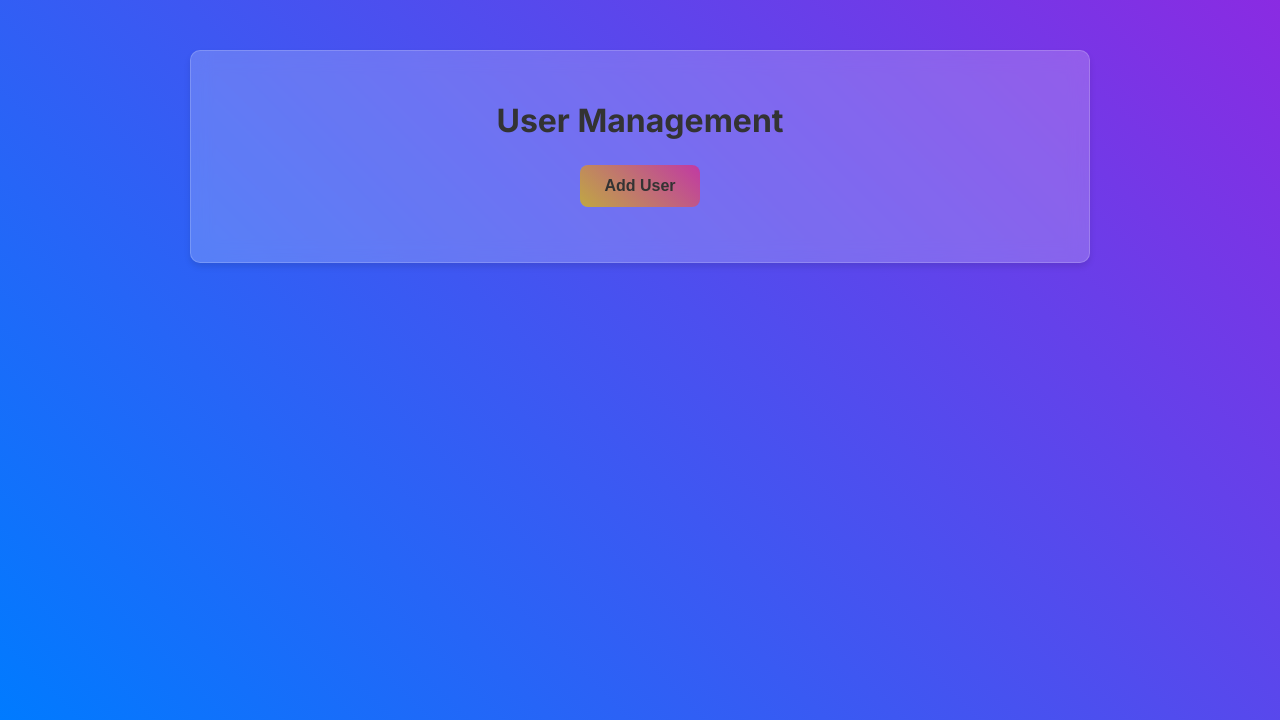
Repository: EeeeeEyyyy/crud-proj
Page: /
An editor plug-in stored every save of this project. The page is shown before and after the next save, followed by the edit.
The browser window is 1280 px wide. The pictures show the whole page.
The page's requests for data from a server got no answer. The project was rebuilt for these pictures with package versions that can differ from the ones it lists, and the page was loaded fresh each time. The framework's server and built-in components were replaced by stand-ins that run in the browser. No one was signed in, and anything a server would have sent is missing. Also part of the build but not shown: next.config.mjs.

Above is the page before, as saved 2024-06-25 08:42:31.

After the next save:
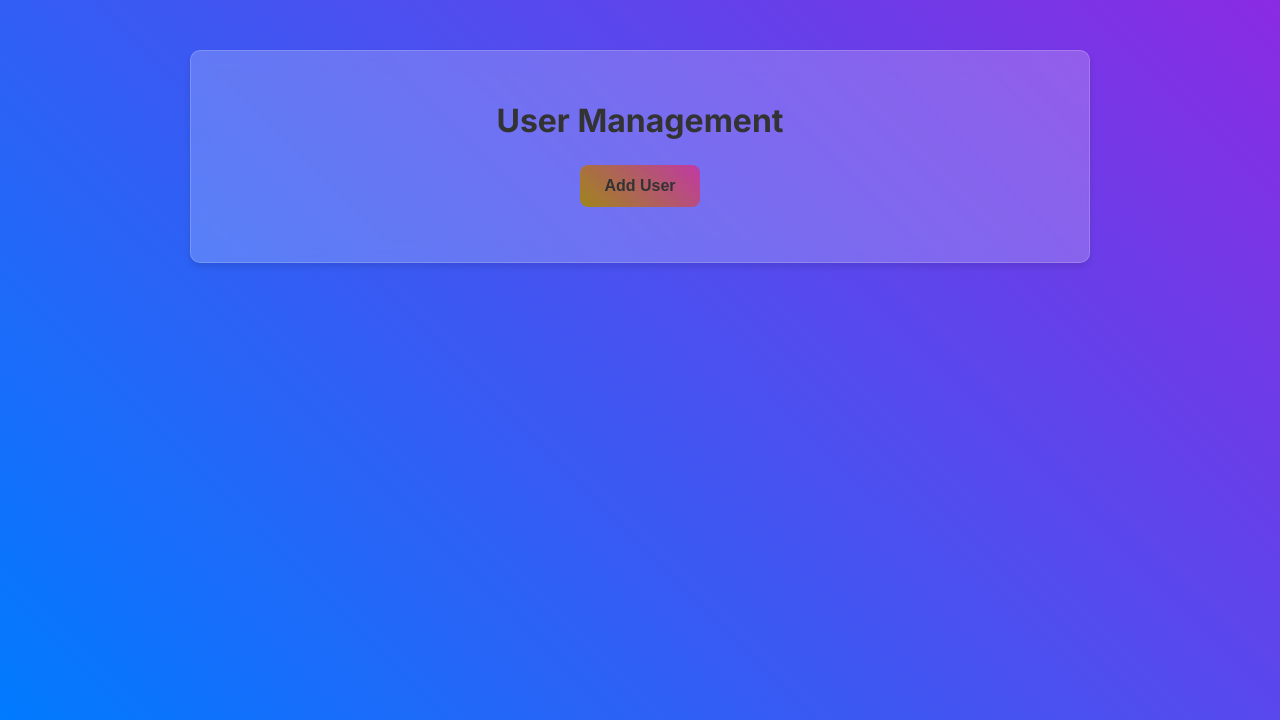
Saved 4 s later.
--- a/src/app/globals.css
+++ b/src/app/globals.css
@@ -478,5 +478,5 @@ input {
 }
 #add-n {
   font-weight: bold;
-  background: linear-gradient(45deg, rgb(192, 167, 67), rgb(193, 57, 163));
-}
+  background: linear-gradient(45deg, rgb(159, 133, 27), rgb(193, 57, 163));
+}
